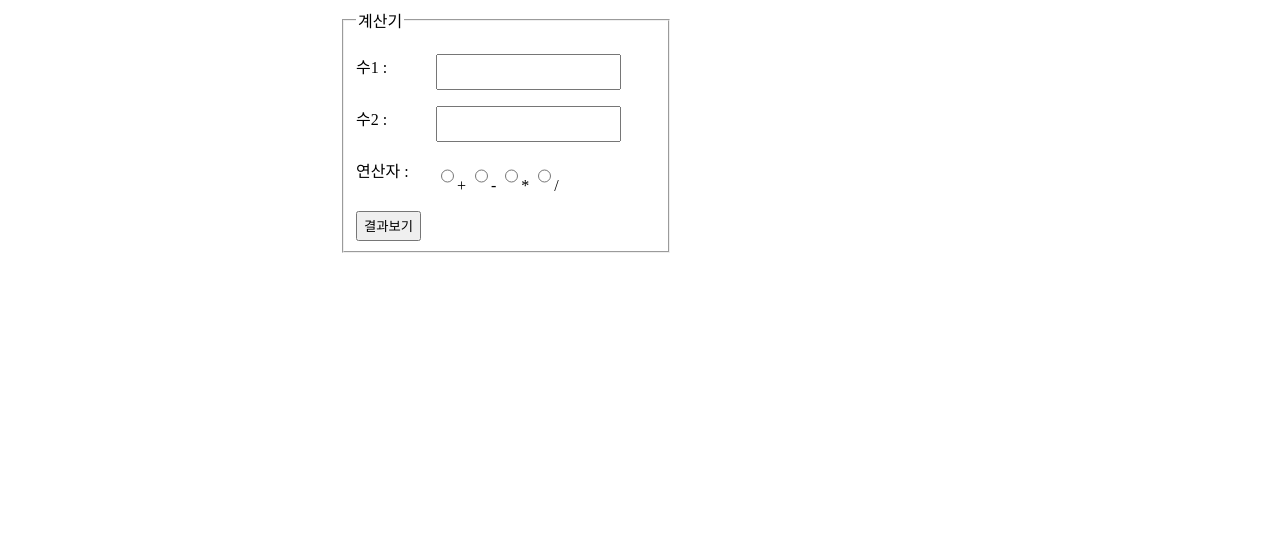
Repository: hocube/jspstudy
Page: 01_servlet/src/main/webapp/view/ex07.html
The author's editor kept a copy of each file at every save. The page is drawn from the files as they stood at one save, then again after the next save.
The browser window is 1280 px wide. The pictures show the whole page.

Above is the page before, as saved 2023-06-30 05:38:40.

After the next save:
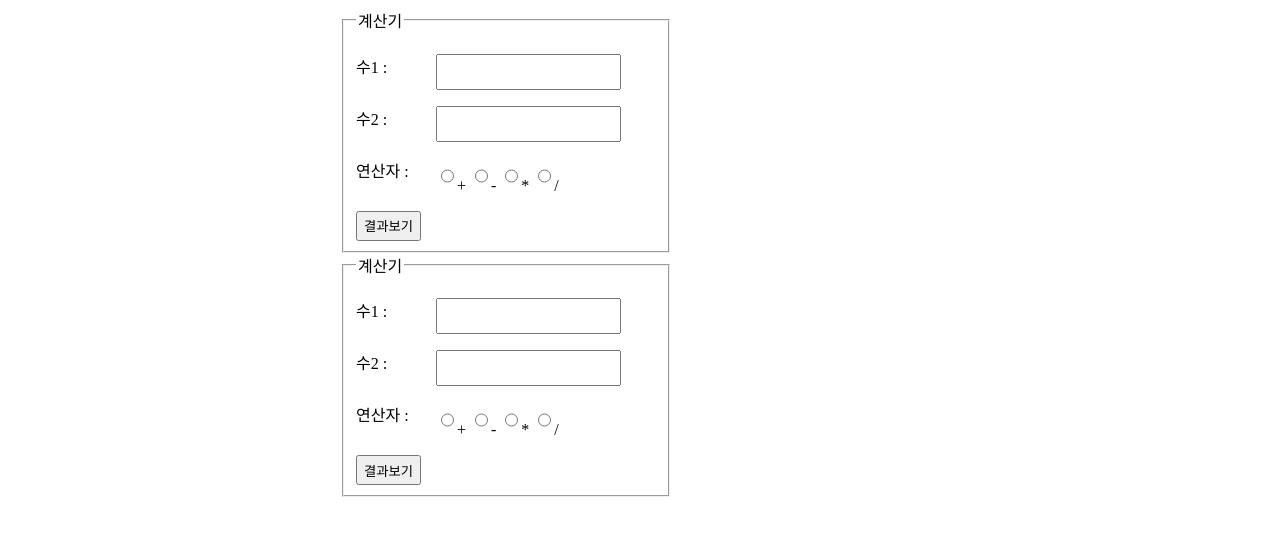
Saved 94 s later.
--- a/01_servlet/src/main/webapp/view/ex07.html
+++ b/01_servlet/src/main/webapp/view/ex07.html
@@ -7,7 +7,7 @@
 	fieldset {
 		width: 300px;
 	}
-	#mydiv{
+	#mydiv, #mydiv2{
 		width: 600px;
 		margin: auto;
 	}
@@ -41,5 +41,23 @@
 			</fieldset>
 		</form>
 	</div>
+	<div id = "mydiv2">
+		<form action= "/01_servlet/Ex07" method="get">
+			<fieldset>
+				<legend>계산기</legend>
+				<p><label for = "s1">수1 : </label>
+				<input type="number" name="s1" id="s1" required></p>
+				<p><label for = "s2">수2 : </label>
+				<input type="number" name="s2" id="s2" required></p>
+				<p><label for = "op">연산자 : </label>
+					<input type="radio" id = "op" value= "+">+
+					<input type="radio" id = "op" value= "-">-
+					<input type="radio" id = "op" value= "*">*
+					<input type="radio" id = "op" value= "/">/
+				</p>
+				<input type="submit" value="결과보기">
+			</fieldset>
+		</form>
+	</div>
 </body>
 </html>
